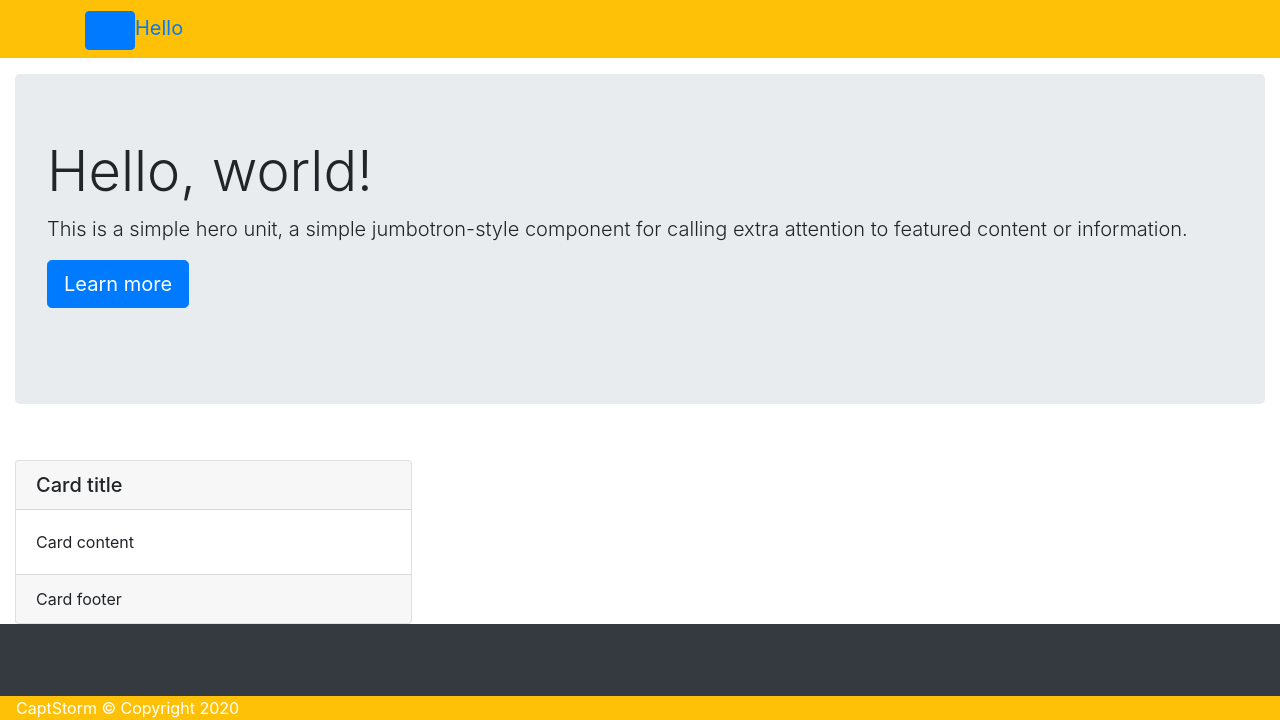
Repository: CaptainStorm21/complete-react16-bootstrap-passing-props
Page: /
These files come from the project's save history. The page is drawn as it stood at one moment and after a run of saves; the edit follows.
The browser window is 1280 px wide. The pictures show the whole page.
The project was rebuilt for these pictures with package versions that can differ from the ones it lists, and the page was loaded fresh each time.

Above is the page before, as saved 2020-04-23 14:05:13.

After the next 2 saves:
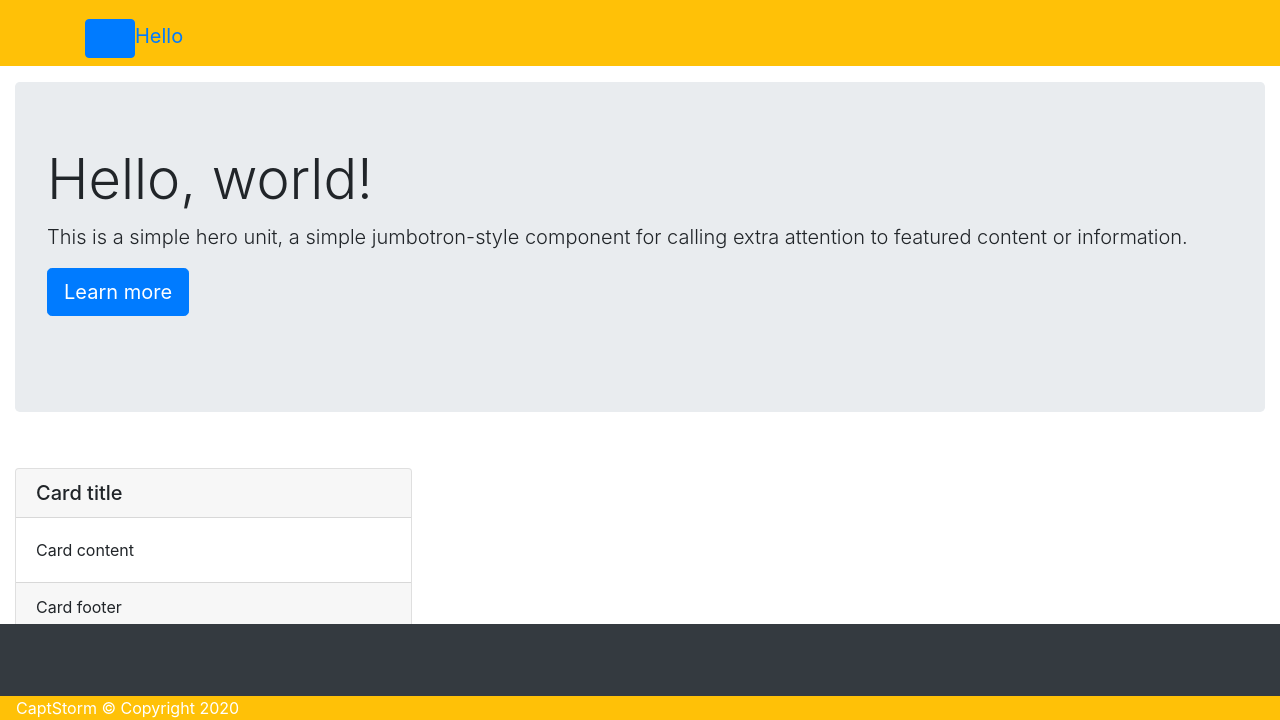
The 2 saves are shown as one change because they came seconds apart.
The last was saved 47 s later.
--- a/src/components/layout/Navbar.js
+++ b/src/components/layout/Navbar.js
@@ -12,7 +12,7 @@ function Navbar() {
           <span className="icon-bar"></span>
           <span className="icon-bar"></span>
         </button>
-        <a href="#/" className="navbar-brand">Hello</a>
+        <a href="#/" className="navbar-brand"><h2></h2>Hello</a>
       </div>
       <div className="collapse navbar-collapse navbar-ex1-collapse">
 
